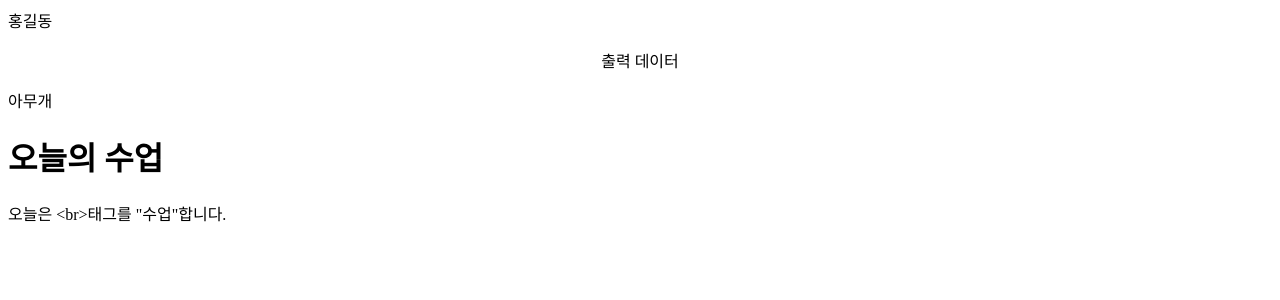
Repository: ssj5037/Class-Study
Page: [5] HTML, CSS, JavaScript/ClientTest/WebContent/Ex03_basic.html
An editor plug-in stored every save of this project. The page is shown before and after the next save, followed by the edit.
The browser window is 1280 px wide. The pictures show the whole page.

Above is the page before, as saved 2020-06-18 06:21:53.

### [5] HTML, CSS, JavaScript/ClientTest/WebContent/Ex03_basic.html
<!DOCTYPE html>
<html>
<head>
<meta charset="UTF-8">
<title>Insert title here</title>
</head>
<body>
	<!--

		Ex03_basic.html
		클라이언트 측 프로그래밍, Client-side Programming
		프론트엔드 프로그래밍, Front-end Programming
		- 브라우저에서 동작하는 언어(기술)
		1. HTML
			- 역할: 출력 내용을 만든다.
		2. CSS
			- 역할: 1번 결과물 + 서식을 적용한다.
		3. JavaScript
			- 역할: 1번 or 2번 결과물 + 프로그램을 적용한다.

		서버 측 프로그래밍, Server-side Programming
		백엔드 프로그래밍, Back-end Programming
		1. 자바
		2. 오라클
		3. JDBC
		4. Servlet/JSP/Spring/MyBatis

		풀스택 개발자(Full Stack 개발자)


		HTML 구성 요소
		1. 태그(Tag), 엘리먼드(Element)
			- 예약어를 <>로 묶어 놓은 요소
			- HTML 명령어
			- 문서의 골격 형성(요소 배치 + 레이아웃)
				a. 의미상 골격
				b. 출력상 골격

			A. 태그의 표현 혀식
				a. 쌍태그: <태그명></태그명>
					- <태그명>: 시작 태그
					- </태그명>: 끝 태그
					- 자신의 영역을 가진다.({} 역할)
				b. 단독태그: <태그명> or <태그명 />(XHTML)
					- 빈태그, 단독태그, Empty Element, Empty Tag
					- 자신의 영역을 가지지 않는다.

			B. 태그 내용의 형식, Content Type
				- <시작태그>내용물</끝태그>
				a. 자식태그
					- 또 다른 태그만 내용물로 가질 수 있다.
					- <a>
						<b>
						</b>
					  </a>
					ex) <html>

				b. PCDATA(=문자열)
					- <시작태그>문자열</끝태그>
					- 문자열만 가질 수 있다.
					- 자식태그는 가질 수 없다.
					ex) <title>
				c. Empty
					- 아무것도 가질 수 없다.
					- <시작태그></끝태그>
					- 단독태그, 빈태그

				d. Mixed, 혼합형
					- a + b + c 자유롭게 가질 수 있다.
					- HTML의 태그는 이 타입이 가장 많다.
					ex) <body>

		2. 속성(Attribute)
			- 태그의 성질을 정의하는 역할
			- 태그가 가지는 데이터의 한 종류
			- 속성이 가지는 데이터(CDATA) (Parsing을 하지 않은 것)
			- 표기법
				a. <시작태그 속성명 = "값"></시작태그>
				b. <시작태그 속성명 = '값'></시작태그>
				c. <시작태그 속성명 = 값></시작태그>	//사용 금지!!
					<시작태그 속성명="a">
					<시작태그 속성명="b">
					<시작태그 속성명="a b"> // a + b
					<시작태그 속성명=a b> : b를 인식을 하지 못함
				d. <시작태그 속성명 = "값" 속성명 = "값" 속성명 = "값"></시작태그>
				e. <단독태그 속성명 = "값">
				f. <단독태그 속성명 = '값'>

		3. 텍스트(PCDATA, Parsed Character Data)
			- 태그가 가지는 데이터의 한 종류
			- 역할: 화면에 출력되는 데이터

		4. 엔티티(Entity)
			- 미리 정해져있는 표기법을 사용해서 브라우저가 약속된 출력 내용으로 바꿔서 출력하는 구성 요소
			- Built-in Entity
			- &엔티티명;
			- &nbsp; > 공백
			- &lt; > (less than)왼쪽 꺽쇠 <
			- &gt; > (greater than)오른쪽 꺽쇠 >
			- &quot; > 쌍따옴표
			- &apos; > 홑따옴표
			- &amp;

		5. 주석(Comment)
		6. 선언문(Declaration)
		7. 외부 요소
		8. 등등..

	 -->

	 홍길동
	 <p align="center">출력 데이터</p>
	 아무개

	 <h1>오늘의 수업</h1>

	 <p>오늘은 &lt;br&gt;태그를 "수업"합니다.</p>

</body>
</html>

After the next save:
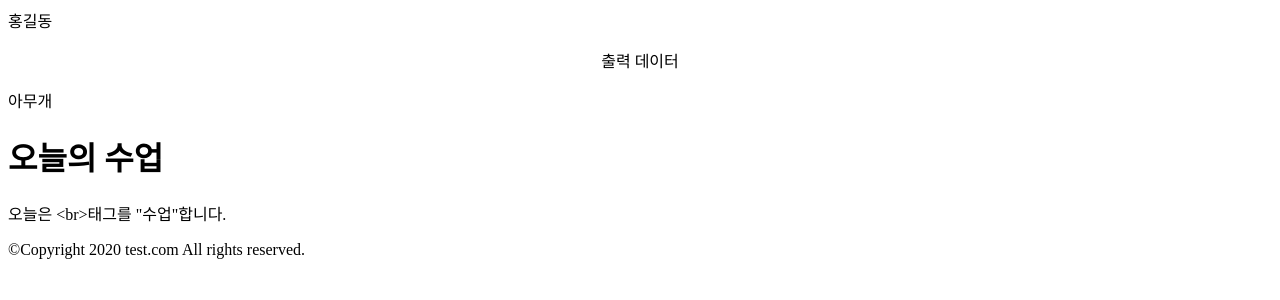
Saved 103 s later.
--- a/[5] HTML, CSS, JavaScript/ClientTest/WebContent/Ex03_basic.html
+++ b/[5] HTML, CSS, JavaScript/ClientTest/WebContent/Ex03_basic.html
@@ -99,7 +99,8 @@
 			- &gt; > (greater than)오른쪽 꺽쇠 >
 			- &quot; > 쌍따옴표
 			- &apos; > 홑따옴표
-			- &amp;
+			- &amp; > &
+			- &copy
 
 		5. 주석(Comment)
 		6. 선언문(Declaration)
@@ -116,5 +117,7 @@
 
 	 <p>오늘은 &lt;br&gt;태그를 "수업"합니다.</p>
 
+	 <p>&copy;Copyright 2020 test.com All rights reserved.</p>
+
 </body>
 </html>
